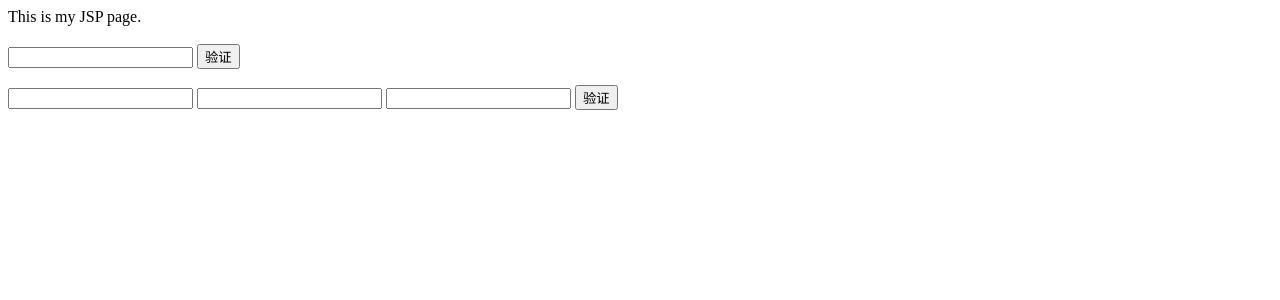
Repository: ruanhuabin/IntelliEyeShade
Page: http://localhost/IntelliEyeShade/users/users_verify.jsp
These files come from the project's save history. The page is drawn as it stood at one moment and after the next save; the edit follows.
The browser window is 1280 px wide. The pictures show the whole page.
The page is served by Tomcat 9. Nobody is signed in. The application's start-up code is not run. Other server files are loaded and not shown.

Above is the page before, as saved 2016-12-14 03:49:52.

### IntelliEyeShade/WebRoot/users/users_verify.jsp
<%@ page language="java" import="java.util.*" pageEncoding="utf-8"%>
<%
String path = request.getContextPath();
String basePath = request.getScheme()+"://"+request.getServerName()+":"+request.getServerPort()+path+"/";
%>

<!DOCTYPE HTML PUBLIC "-//W3C//DTD HTML 4.01 Transitional//EN">
<html>
  <head>
    <base href="<%=basePath%>">

    <title>My JSP 'upload.jsp' starting page</title>

	<meta http-equiv="pragma" content="no-cache">
	<meta http-equiv="cache-control" content="no-cache">
	<meta http-equiv="expires" content="0">
	<meta http-equiv="keywords" content="keyword1,keyword2,keyword3">
	<meta http-equiv="description" content="This is my page">
	<!--
	<link rel="stylesheet" type="text/css" href="styles.css">
	-->

  </head>

  <body>
    This is my JSP page. <br>
    <br>
  <form action="users/Users_verifyUser.action" method="post">
  <input type="text" name="phoneNum"/>
  <input type="submit" value="验证"/>
  </form>




  <form action="users/Users_uploadUserInfo.action" method="post">
  <input type="text" name="UserID"/>
  <input type="text" name="UserName"/>
  <input type="text" name="UserAge"/>
  <input type="submit" value="验证"/>
  </form>


  </body>
</html>

After the next save:
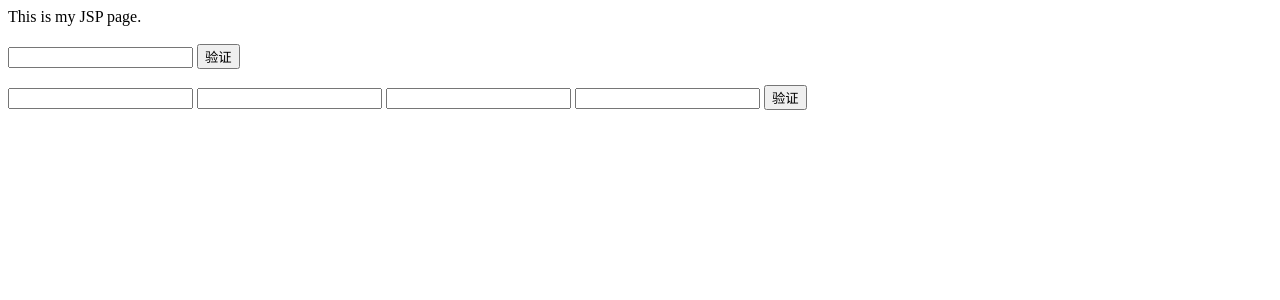
Saved 7 s later.
--- a/IntelliEyeShade/WebRoot/users/users_verify.jsp
+++ b/IntelliEyeShade/WebRoot/users/users_verify.jsp
@@ -37,6 +37,7 @@ String basePath = request.getScheme()+"://"+request.getServerName()+":"+request.
   <input type="text" name="UserID"/>
   <input type="text" name="UserName"/>
   <input type="text" name="UserAge"/>
+  <input type="text" name="UserGender"/>
   <input type="submit" value="验证"/>
   </form>
 
